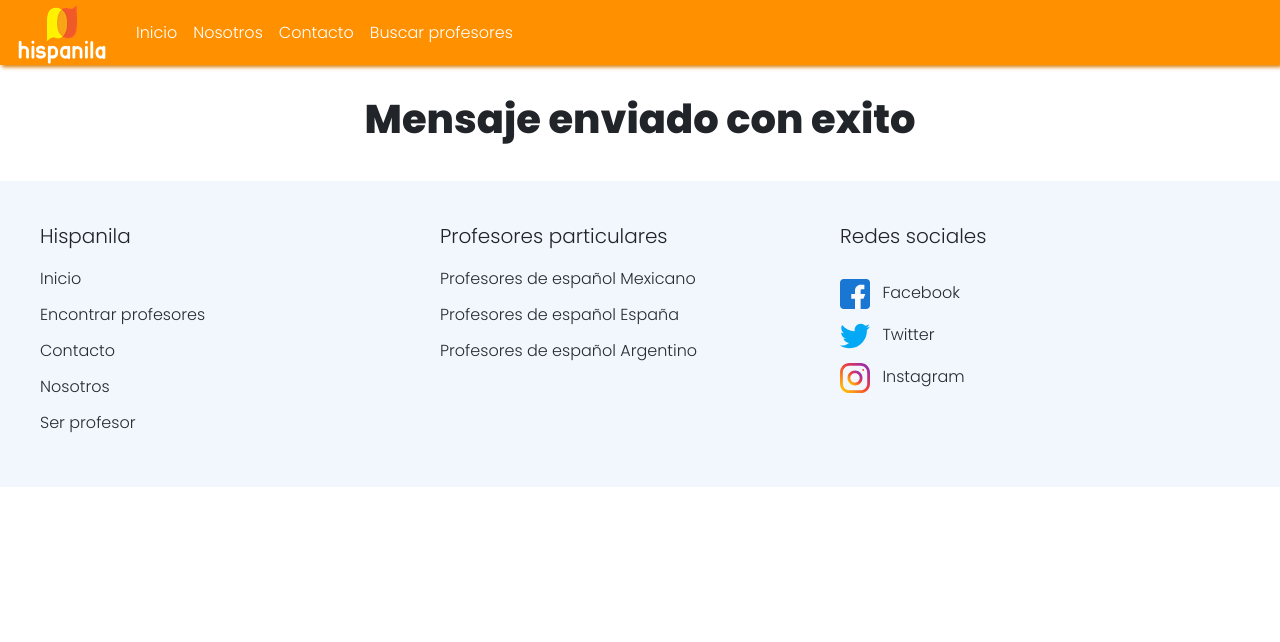
Repository: AgustinGarciaDev/Hispanila
Page: sendemail.html
An editor plug-in stored every save of this project. The page is shown before and after the next save, followed by the edit.
The browser window is 1280 px wide. The pictures show the whole page.
Some web libraries are served in a nearby version. The style sheet was rebuilt from its Sass, Less or Tailwind sources for each picture, by a compiler version that may differ from the author's.

Above is the page before, as saved 2021-01-28 23:45:16.

### sendemail.html
<!DOCTYPE html>
<html lang="en">

<head>

    <head>
        <meta charset="UTF-8">
        <title>Contacto</title>
        <meta name="viewport" content="width=device-width, user-scalable=no">
        <meta name="description" content="¿Tenes dudas? Comunícate con nosotros para asesorarte. Tenemos un equipo especializado el cual puede ayudar ">
        <meta name="keywords" content="Hispanila, contacto, ayuda, equipo , asesoramiento">
        <link rel="stylesheet" href="https://cdnjs.cloudflare.com/ajax/libs/animate.css/4.1.1/animate.min.css" />
        <link rel="preconnect" href="https://fonts.gstatic.com">
        <link rel="preconnect" href="https://fonts.gstatic.com">
        <link href="https://fonts.googleapis.com/css2?family=Poppins:ital,wght@0,200;0,300;0,800;0,900;1,200;1,500&display=swap" rel="stylesheet">
        <link href="https://fonts.googleapis.com/css2?family=Archivo:ital@0;1&display=swap" rel="stylesheet">
        <link href="https://cdn.jsdelivr.net/npm/bootstrap@5.0.0-beta1/dist/css/bootstrap.min.css" rel="stylesheet" integrity="sha384-giJF6kkoqNQ00vy+HMDP7azOuL0xtbfIcaT9wjKHr8RbDVddVHyTfAAsrekwKmP1" crossorigin="anonymous">
        <link rel="stylesheet" href="./css/style.css">

    </head>
</head>

<body>
    <header>
        <nav class="navbar navbar-expand-lg navbar-light bg-light nav-color">
            <div class="container-fluid">
                <a class="navbar-brand" href="./index.html"><img class="logo" src="./img/Hispanila_opt.png" alt=""></a>
                <button class="navbar-toggler" type="button" data-bs-toggle="collapse" data-bs-target="#navbarSupportedContent" aria-controls="navbarSupportedContent" aria-expanded="false" aria-label="Toggle navigation">
            <span class="navbar-toggler-icon"></span>
          </button>
                <div class="collapse navbar-collapse" id="navbarSupportedContent">
                    <ul class="navbar-nav me-auto mb-2 mb-lg-0">
                        <li class="nav-item">
                            <a class="nav-link active" aria-current="page" href="./index.html">Inicio</a>
                        </li>
                        <li class="nav-item">
                            <a class="nav-link" href="./we.html">Nosotros</a>
                        </li>
                        <li class="nav-item">
                            <a class="nav-link" href="./contact.html">Contacto</a>
                        </li>
                        <li class="nav-item">
                            <a class="nav-link" href="./searchteacer.html">Buscar profesores</a>
                        </li>
                    </ul>
                </div>
            </div>
        </nav>
    </header>
    <section>
        <div class="send__email">
            <div class="col-12">
                <h1 class="Tittle_h2">Mensaje enviado con exito</h1>
            </div>

        </div>
    </section>
    <footer class="footer">
        <div class="list__footer ">
            <p class="list__footer__p-modifier ">Hispanila</p>
            <li class="list__footer__li-modifier "> <a class="list__footer__a-modifier " href="/index.html ">Inicio</a></li>
            <li class="list__footer__li-modifier "> <a class="list__footer__a-modifier " href="/searchteacer.html ">Encontrar profesores</a></li>
            <li class="list__footer__li-modifier "><a class="list__footer__a-modifier " href="/contacte.html ">Contacto</a></li>
            <li class="list__footer__li-modifier "><a class="list__footer__a-modifier " href="/we.html ">Nosotros</a></li>
            <li class="list__footer__li-modifier "><a class="list__footer__a-modifier " href="/we.html ">Ser profesor</a></li>
        </div>
        <div class="list__footer ">
            <p class="list__footer__p-modifier ">Profesores particulares</p>
            <li class="list__footer__li-modifier "> <a class="list__footer__a-modifier " href=" https://www.facebook.com/ "> Profesores de español Mexicano</a></li>
            <li class="list__footer__li-modifier "><a class="list__footer__a-modifier " href="https://twitter.com/home "> Profesores de español España</a></li>
            <li class="list__footer__li-modifier "><a class="list__footer__a-modifier " href="https://www.instagram.com/ "> Profesores de español Argentino</a></li>
        </div>

        <div class="list__footer ">
            <p class="list__footer__p-modifier "> Redes sociales</p>
            <li class="list__footer__li-modifier "></li><img class="list__footer__img-modifier " src="./img/facebook.svg " alt=" "> <a class="list__footer__a-modifier " href="https://www.facebook.com/ ">Facebook</a></li>
            <li class="list__footer__li-modifier "></li><img class="list__footer__img-modifier " src="./img/gorjeo.svg " alt=" "> <a class="list__footer__a-modifier " href="https://twitter.com/home ">Twitter</a></li>
            <li class="list__footer__li-modifier "></li><img class="list__footer__img-modifier " src="./img/instagram.svg " alt=" "> <a class="list__footer__a-modifier " href="https://www.instagram.com/ ">Instagram</a></li>
        </div>
    </footer>
    <script src="https://unpkg.com/ionicons@5.2.3/dist/ionicons.js "></script>
    <script src="https://cdn.jsdelivr.net/npm/bootstrap@5.0.0-beta1/dist/js/bootstrap.bundle.min.js " integrity="sha384-ygbV9kiqUc6oa4msXn9868pTtWMgiQaeYH7/t7LECLbyPA2x65Kgf80OJFdroafW " crossorigin="anonymous "></script>
</body>

</html>

### scss/style.scss
@import"variables";
@import "header";
@import "footer";
@import "body";
@import "home";
@import "contac";
@import "profile";
@import "aboutUs";

### scss/_variables.scss
/* TIPOGRAFIAS */

$font-body: 'Poppins',
sans-serif;

/* SIZE TIPOGRAFIAS */

$nameteacher: 16px;
$titulocontacto: 20px;

/* ICONOS COLOR */

$color-start-icon: #FEC400;
$color-social:gray;

/*Color background*/

$color-box: linear-gradient(145deg, #d8e8f2, #b6c3cb);

/*Padding*/

$padding-currilum: 40px;

### scss/_header.scss
header {
    position: sticky;
    top: 0;
    z-index: 5;
}

### scss/_footer.scss
.footer {
    background-color: #F2F7FD;
    display: grid;
    grid-template-columns: repeat(3, 1fr);
    padding: 40px;
}

.list__footer__p-modifier {
    font-size: 20px;
}

.list__footer__li-modifier {
    list-style: none;
    align-items: center;
    display: flex;
    margin-bottom: 12px;
}

.list__footer__a-modifier {
    text-decoration: none;
    color: #252b2f;
}

.list-footer a:hover {
    text-decoration: underline;
}

.list__footer__img-modifier {
    width: 30px;
    height: 30px;
    margin-right: 8px;
}

@media (max-width: 768px) {
    .footer {
        display: flex;
        flex-wrap: wrap;
    }
    .list__footer {
        padding-left: 10px;
        padding-right: 10px;
        justify-content: center;
    }
}

@media (max-width: 520px) {}

### scss/_body.scss
body {
    margin: 0;
    font-family: $font-body;
}

### scss/_home.scss
.nav-color {
    background-color: #ff9000 !important;
    height: 65px;
    box-shadow: 2px 2px 4px #d97a00, -5px -5px 4px #ffa600;
}

.nav-link {
    color: white !important;
}

.hero {
    display: grid;
    grid-template-columns: 2fr 2fr;
    height: 600px;
    background-image: url(http://baravdg.com/wp-content/uploads/2021/01/hero-background.png);
    background-position: center;
    background-repeat: no-repeat;
    background-size: cover;
}

.hero .box {
    display: flex;
    flex-direction: column;
    margin: auto;
    padding-left: 30px;
}

.hero__title_h1 {
    color: white;
    font-weight: 700;
    font-size: 50px;
}

.hero__title_p {
    color: white;
    font-size: 30px;
    font-size: 400;
}

.hero__bottom {
    width: 200px;
    color: white;
    padding: 10px;
    text-align: center;
    text-decoration: none;
    font-size: 'Poppins', sans-serif;
    font-weight: 800;
    border-radius: 8px;
    background: linear-gradient(145deg, #ffd529, #d8b322);
}


/* EMPIEZA LAS CARD DE LAS BANDERAS */

.Tittle_h2 {
    text-align: center;
    padding: 30px;
    font-size: 40px;
    font-weight: 800;
}

.block-band {
    display: grid;
    grid-template-columns: repeat(3, 1fr);
    grid-column-gap: 30px;
    grid-row-gap: 30px;
    justify-items: center;
}

.link {
    color: inherit;
    text-decoration: inherit;
}

.card-band {
    border-radius: 24px;
    border-radius: 24px;
    background: #ecf1f4;
    box-shadow: 22px 22px 18px #dee3e5, -22px -22px 18px #faffff;
    width: 400px;
    height: 372px;
}

.content-band {
    display: flex;
    padding-left: 40px;
    padding-bottom: 10px;
}

.info-card {
    padding-top: 9px;
    padding-left: 10px;
}

.info-card h4 {
    margin: 0;
}

.info-card p {
    margin: 0;
    margin-left: 6;
}

.card-band .teacher-photo {
    width: 400px;
    height: 300px;
}

.card-band .band {
    height: 50px;
    width: 50px;
}

.card-prof {
    margin: 40px;
    padding: 40px;
}

.table-proyect {
    padding: 40px;
}


/* Card study*/

.margin {
    margin: 20px;
}

.card__study__resson {
    width: 300px;
    height: 572px;
}

.card__study__img {
    height: 400px;
    width: 200px;
    display: flex;
    margin: auto;
}

.card__study_text {
    text-align: center;
}

.card__study__btn {
    width: 200px;
    color: white;
    padding: 10px;
    justify-content: center;
    text-decoration: none;
    font-size: 'Poppins', sans-serif;
    font-weight: 800;
    border-radius: 8px;
    background: linear-gradient(145deg, #ffd529, #d8b322);
    display: flex;
    margin: auto;
}

@media (max-width: 890px) {
    .block-band {
        grid-template-columns: repeat(2, 1fr);
    }
    .card-band .teacher-photo {
        width: 324px;
        height: 239px;
    }
    .card-band {
        width: 324px;
        height: 325px;
    }
    .logo {
        margin-top: -20px;
    }
}

@media (max-width: 520px) {
    .hero {
        height: 360px;
    }
    .block-band {
        grid-template-columns: none;
    }
    .card__study__resson {
        width: 300px;
        height: 572px;
    }
    .nav-color {
        height: 70px;
    }
    .logo {
        margin-top: -20px;
    }
    .hero__title_h1 {
        font-size: 31px;
    }
    .hero__title_p {
        font-size: 17px;
    }
    .Tittle_h2 {
        text-align: center;
        padding: 17px;
        font-size: 32px;
        font-weight: 800;
    }
}

### scss/_contac.scss
.contact__body {
    margin-top: 50px;
    margin-bottom: 50px;
}

.row {
    margin-right: 0;
}

.email_img {
    width: 100%;
}

.icons__list {
    display: flex;
    justify-content: center;
}

.icons__list_a {
    text-decoration: none;
    color: #ff9000;
    padding-bottom: 10px;
    padding-left: 5px;
    padding-right: 5px;
    font-size: 20px;
}

.icons__list__redsocial {
    display: flex;
    flex-direction: row;
    padding-top: 10px;
    justify-content: center;
}

.icons__list_logo_Redes {
    color: #ff9000;
    font-size: 35px;
    margin: 0 10px;
}

.text-contact__h2 {
    font-size: $titulocontacto;
}

.boton__send {
    margin-top: 10px;
}

@media (max-width: 520px) {
    .text-contact__h1 {
        text-align: center;
    }
    .text-contact__h2 {
        font-size: $titulocontacto -7;
        text-align: center;
    }
}

### scss/_profile.scss
    .layout {
        display: grid;
        grid-template-columns: 2fr 1fr;
        grid-template-rows: 1fr;
        grid-column-gap: 10px;
        grid-row-gap: 10px;
        padding: 20px;
    }

    .layout__infoteache__video-modifier {
        width: 100%;
        height: 500px;
    }

    .layout__profile {
        border-radius: 8px;
        background: #ffffff;
        box-shadow: 8px 8px 55px #d9d9d9, -8px -8px 55px #ffffff;
    }

    .layaout__datachecher__layout__img-modifier {
        width: 80px;
        height: 80px;
        border-radius: 50%;
        display: flex;
        margin: auto;
    }

    .layaout__datachecher__h1-modifier {
        font-size: 30px;
        font-weight: 600;
    }

    .layaout__datachecher__h2-modifier {
        font-size: 14px;
    }

    .scoreteacher {
        display: flex;
        flex-direction: row;
    }

    .scoreteacher__icon--modifier {
        color: $color-start-icon;
        margin-top: 28px;
        margin-bottom: 2px;
    }

    .scoreteacher__number--modifier {
        margin-top: 26px;
        margin-bottom: 2px;
        padding-left: 9px;
    }

    .layout__sepator {
        border: 1px solid #10101030;
        margin: 10px;
    }

    .card {
        margin-bottom: 15px;
        margin-top: 15px;
    }

    .card-body {
        display: flex;
    }

    .clases__titulo-Modifier {
        font-size: 25px;
        font-size: 500;
    }

    .curriculum {
        margin: 30px 0;
        border-radius: 8px;
        background: #ffffff;
        box-shadow: 8px 8px 55px #d9d9d9, -8px -8px 55px #ffffff;
        padding: $padding-currilum;
    }

    .lessons__box {
        padding: 40px;
        margin: 30px 0;
        border-radius: 8px;
        background: #ffffff;
        box-shadow: 8px 8px 55px #d9d9d9, -8px -8px 55px #ffffff;
    }

    .Comentary {
        margin-top: 20px;
        background: #ffffff;
        box-shadow: 8px 8px 55px #d9d9d9, -8px -8px 55px #ffffff;
        padding: 30px;
    }

    .personaldata {
        display: flex;
        flex-direction: row;
    }

    .Comentary__grid {
        margin-top: 40px;
        display: grid;
        grid-template-columns: 1fr 1fr;
        grid-template-rows: 1fr 1fr 1fr;
        grid-row-gap: 30px;
    }

    .Comentary__layout {
        width: 350px;
        height: 140px;
        padding: 10px;
        background: rgba( 255, 255, 255, 0.00);
        box-shadow: 0 8px 10px 0 rgba( 31, 38, 135, 0.37);
        border-radius: 10px;
    }

    .personaldata img {
        border-radius: 50%;
        width: 50px;
        height: 50px;
    }

    .Reserva {
        position: sticky;
        top: 100px;
        height: 350px;
        border-radius: 8px;
        background: #ffffff;
        box-shadow: 8px 8px 55px #d9d9d9, -8px -8px 55px #ffffff;
    }

    .Reserva__precios_layout {
        padding-bottom: 10px;
        padding-top: 10px;
    }

    .boton__ML {
        display: flex;
        justify-content: center;
    }

    .mercadopago-button {
        height: 40px;
        font-weight: 300px;
        font-family: $font-body;
        background-color: #00b1ff!important;
        width: 100%;
        border-radius: 1px;
        background: $color-box;
        box-shadow: 5px 5px 9px #b8c5ce, -5px -5px 9px #dcedf6;
    }

    .Reserva__divider {
        border: 1px solid gray;
    }

    .Reserva__contact {
        text-align: center;
        padding: 20px;
    }

    .Reserva__contact_boton {
        display: block;
        font-weight: 400;
        padding: 20px;
        text-decoration: none;
        color: white;
        background: #48af41!important;
        border-radius: 1px;
        border-radius: 1px;
        background: $color-box;
        box-shadow: 5px 5px 9px #b8c5ce, -5px -5px 9px #dcedf6;
    }
    /* Responsive */

    @media (max-width: 890px) {
        .layout {
            display: flex;
            flex-direction: column;
        }
        .Comentary__grid {
            display: flex;
            flex-wrap: wrap;
        }
        .Comentary__layout {
            width: 100%;
        }
        .Reserva {
            position: relative;
            top: 0;
            width: 100%;
            height: 350px;
        }
    }

    @media (max-width: 520px) {
        .layout__infoteache__video-modifier {
            height: 240px;
        }
        .layout__scoreteacher {
            margin-left: 132px;
        }
        .layout__dateacher_info {
            margin-left: -9px;
        }
        .Reserva__contact_boton {
            width: 200px;
            height: 70px;
            display: inline-block;
            padding: 10px;
        }
        .card-body {
            flex-direction: column;
            align-items: center;
        }
        .curriculum {
            padding: $padding-currilum -30;
        }
    }

### scss/_aboutUs.scss
    .About__tittle-h1 {
        text-align: center;
        padding: 20px 0;
        font-weight: 800;
    }

    .About__img {
        display: flex;
        justify-content: center;
        align-items: center;
    }

    .About__img--modifier {
        width: 900px;
        height: 600px;
    }

    .About__history {
        text-align: center;
        margin: 10px 500px;
    }

    .About_compromise_img {
        width: 400px;
        height: 300px;
    }

    .about__container {
        margin-top: 50px;
        margin-bottom: 50px;
    }

    .Value {
        margin-top: 40px;
    }

    @media (max-width: 890px) {
        .About__img--modifier {
            width: 100%;
            height: auto;
        }
        .About__history {
            margin: 10px 20px;
        }
    }

    @media (max-width: 570px) {
        .About_compromise_img {
            height: 300px;
        }
        .About_compromise__responsive {
            flex-direction: column-reverse;
            display: flex;
        }
        .Value {
            display: flex;
            align-items: center;
            justify-content: center;
        }
        .Value__box {
            display: flex;
            flex-direction: column;
            justify-content: center;
        }
    }

After the next save:
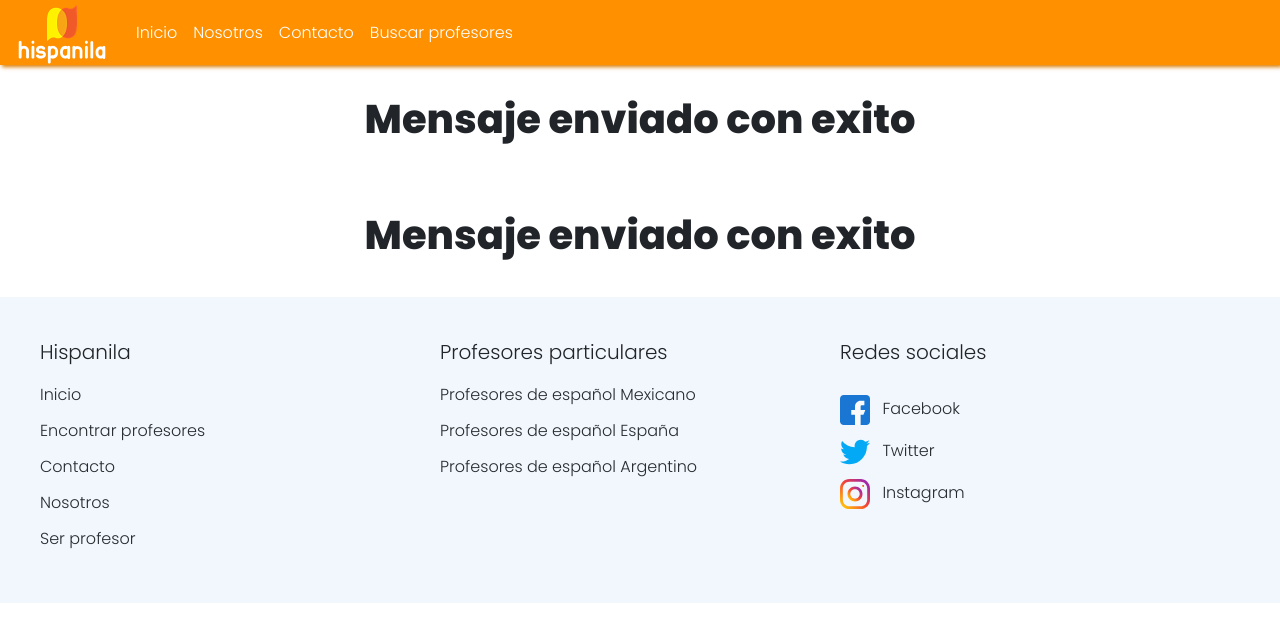
Saved 7 s later.
--- a/sendemail.html
+++ b/sendemail.html
@@ -52,6 +52,9 @@
             <div class="col-12">
                 <h1 class="Tittle_h2">Mensaje enviado con exito</h1>
             </div>
+            <div class="col-12">
+                <h1 class="Tittle_h2">Mensaje enviado con exito</h1>
+            </div>
 
         </div>
     </section>
